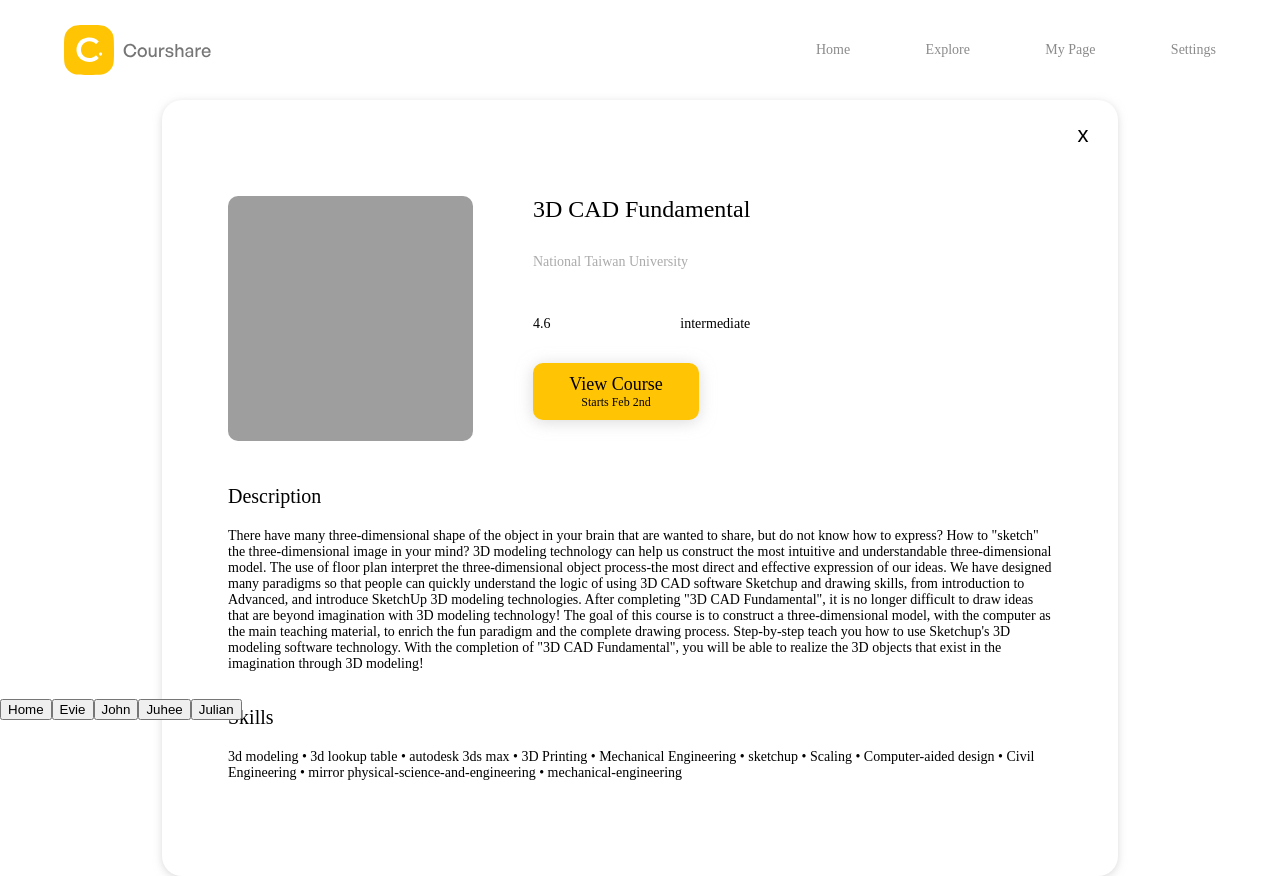
Repository: julianm09/courshare-app
Page: /comps/juhee
These files come from the project's save history. The page is drawn as it stood at one moment and after the next save; the edit follows.
The browser window is 1280 px wide. The pictures show the whole page.
Pictures or frames that could not be fetched are drawn as grey boxes. The project was rebuilt for these pictures with package versions that can differ from the ones it lists, and the page was loaded fresh each time. The framework's server and built-in components were replaced by stand-ins that run in the browser. Also part of the build but not shown: next.config.js.

Above is the page before, as saved 2022-02-07 14:49:33.

After the next save:
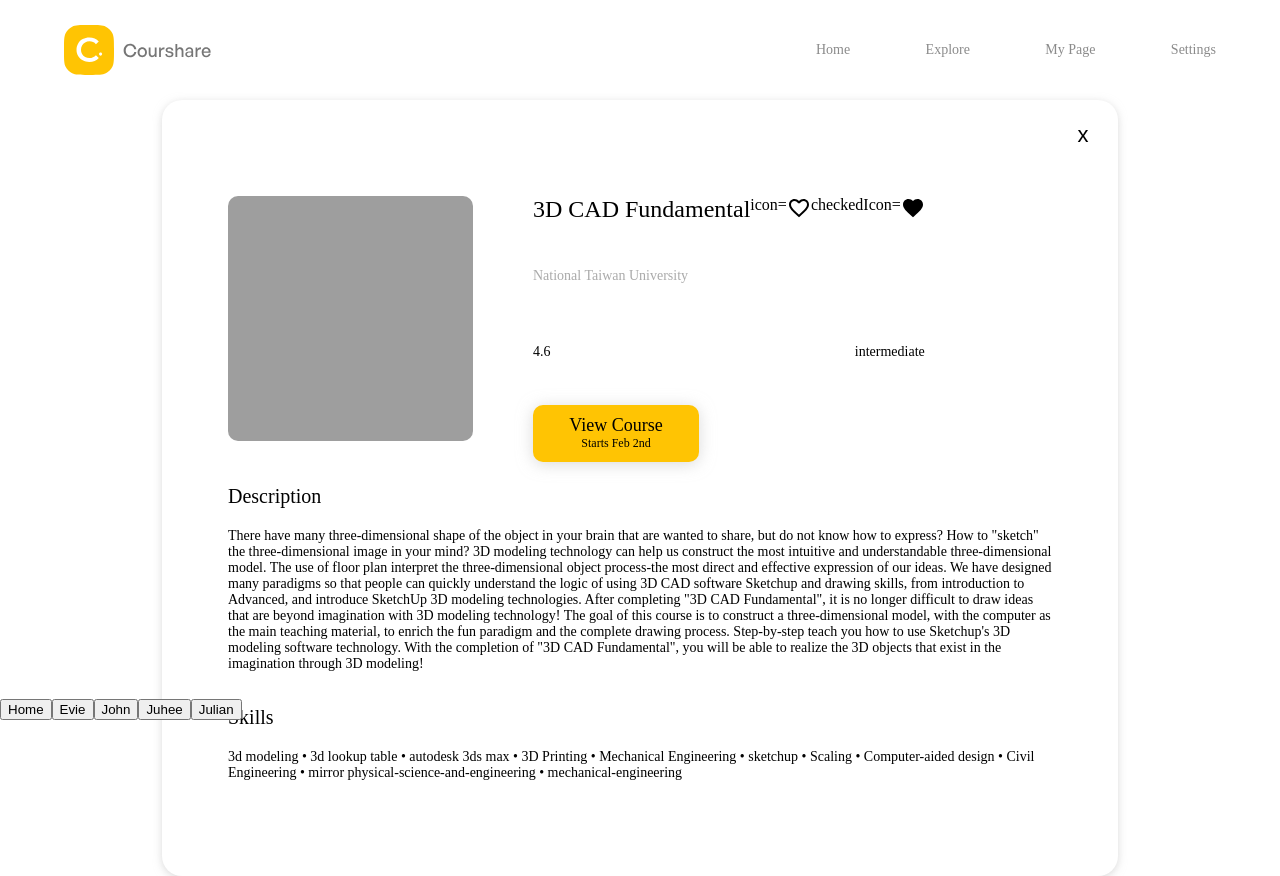
Saved 38 s later.
--- a/components/CourseDetailCard.js
+++ b/components/CourseDetailCard.js
@@ -102,6 +102,8 @@ export default function CourseDetailCard({
           <RightCont>
             <RightSmallCont>
               <Heading1>{name}</Heading1>
+              icon={<FavoriteBorder />}
+              checkedIcon={<Favorite />}
             </RightSmallCont>
             <RightSmallCont>
               <GreyText>{school}</GreyText>
